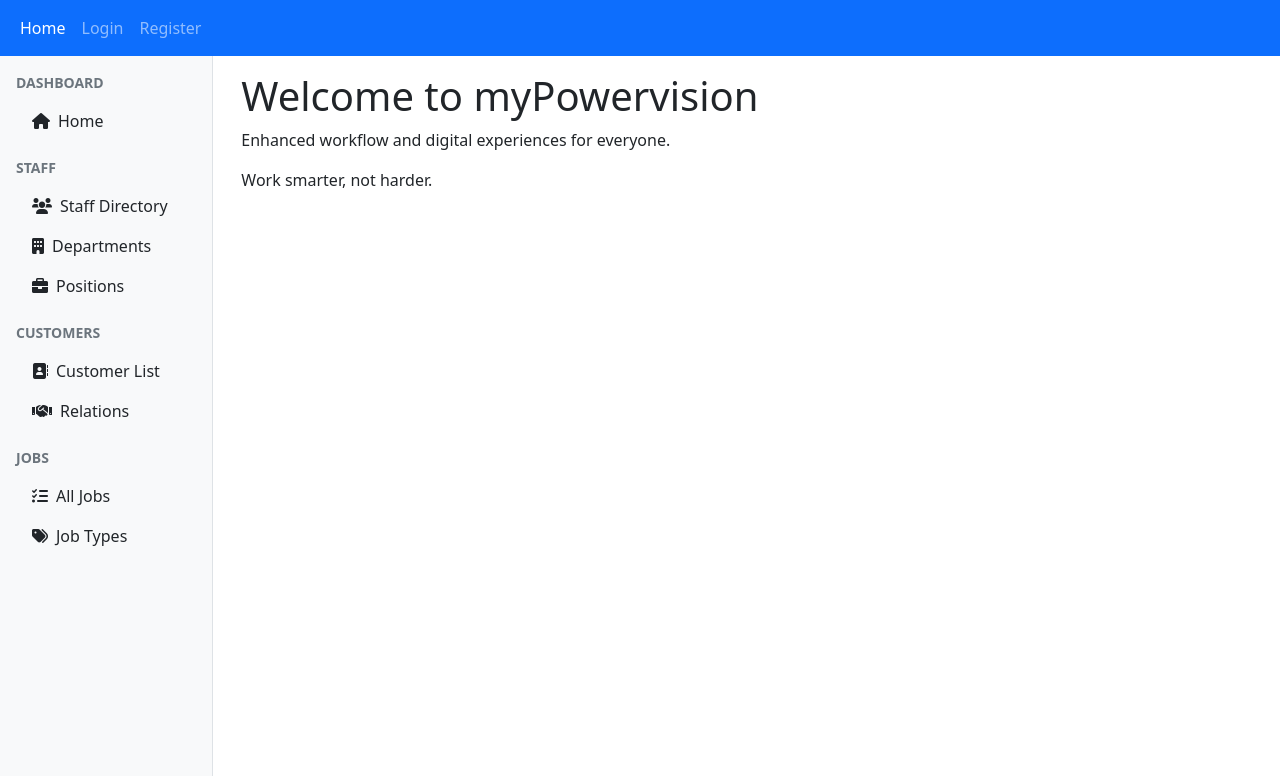
Repository: Matsikembareb/myPowervision
Page: http://localhost/
An editor plug-in stored every save of this project. The page is shown before and after the next save, followed by the edit.
The browser window is 1280 px wide. The pictures show the whole page.
The page is served by the project's application, run on Flask 3 (01prototype/myPowervision/__init__.py).

Above is the page before, as saved 2025-09-26 12:52:52.

After the next save:
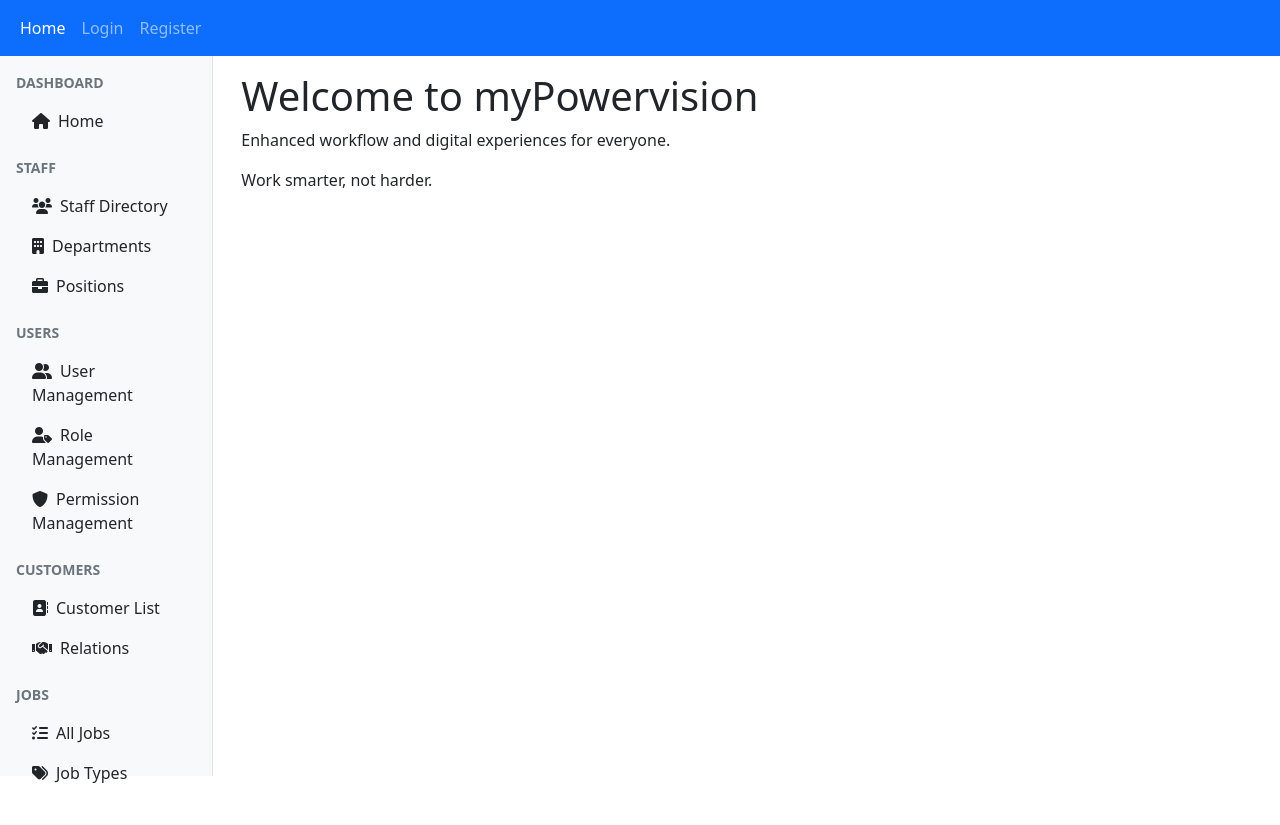
Saved 3 min 22 s later.
--- a/01prototype/myPowervision/templates/menu.html
+++ b/01prototype/myPowervision/templates/menu.html
@@ -20,6 +20,20 @@
       </a>
       <a class="nav-link text-dark py-2" href="#">
         <i class="fas fa-briefcase me-2"></i>Positions
+      </a>
+    </nav>
+
+    <!-- User Management -->
+    <div class="text-muted text-uppercase fw-bold small mb-2">Users</div>
+    <nav class="nav flex-column mb-3">
+      <a class="nav-link text-dark py-2" href="#">
+        <i class="fas fa-user-friends me-2"></i>User Management
+      </a>
+      <a class="nav-link text-dark py-2" href="#">
+        <i class="fas fa-user-tag me-2"></i>Role Management
+      </a>
+      <a class="nav-link text-dark py-2" href="#">
+        <i class="fas fa-shield-alt me-2"></i>Permission Management
       </a>
     </nav>
 
